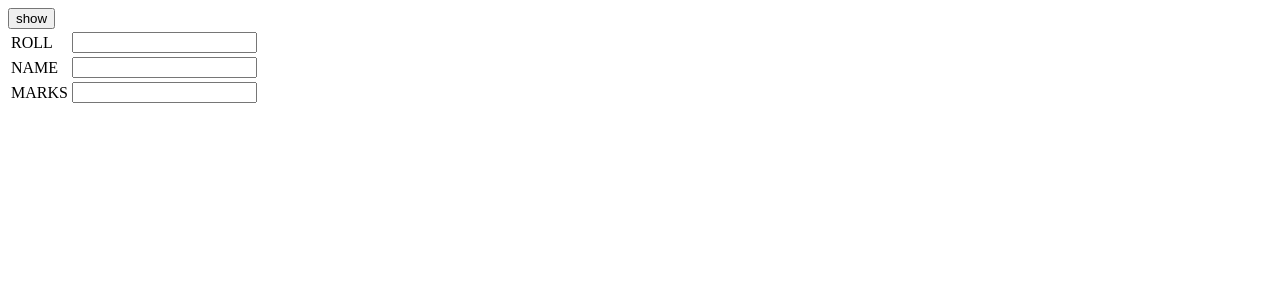
Repository: diptish1974/springmvc2
Page: http://localhost/mvcdemo1/
These files come from the project's save history. The page is drawn as it stood at one moment and after the next save; the edit follows.
The browser window is 1280 px wide. The pictures show the whole page.
The page is served by Tomcat 9. Other server files are loaded and not shown.

Above is the page before, as saved 2019-07-30 10:20:45.

### mvcdemo1/WebContent/index.jsp
<%@ page language="java" contentType="text/html; charset=ISO-8859-1"
    pageEncoding="ISO-8859-1"%>
<!DOCTYPE html>
<html>
<head>
<meta charset="ISO-8859-1">
<title>Insert title here</title>
</head>
<body>
      <table>
         <form action="StudentServlet" method="get">
          <tr>
             <td>ROLL</td><td><input type="text" name="roll" id="roll"/></td>
          </tr>
          <tr>
             <td>NAME</td><td><input type="text" name="name" id="name"/></td>
          </tr>
          <tr>
             <td>MARKS</td><td><input type="text" name="marks" id="marks"/></td>
          </tr>
          <tr>
                <input type="submit" value="show"/>
          </tr>
         </form>
     </table>
</body>
</html>

After the next save:
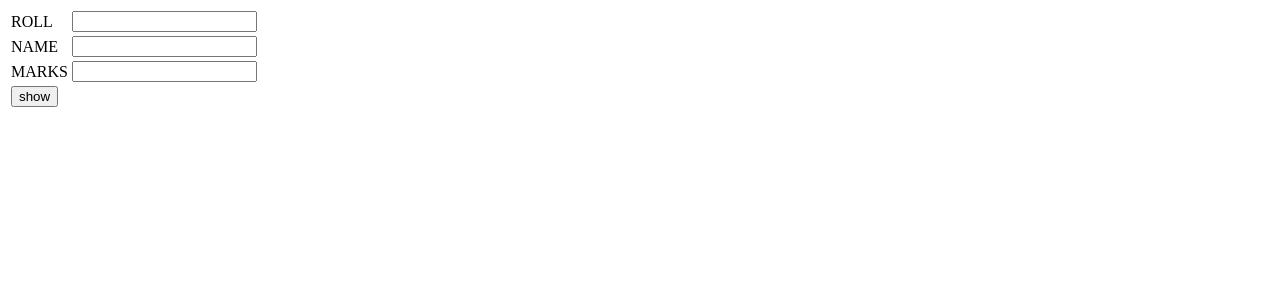
Saved 32 s later.
--- a/mvcdemo1/WebContent/index.jsp
+++ b/mvcdemo1/WebContent/index.jsp
@@ -19,7 +19,7 @@
              <td>MARKS</td><td><input type="text" name="marks" id="marks"/></td>
           </tr>
           <tr>
-                <input type="submit" value="show"/>
+              <td>  <input type="submit" value="show"/> </td>
           </tr>
          </form>
      </table>
